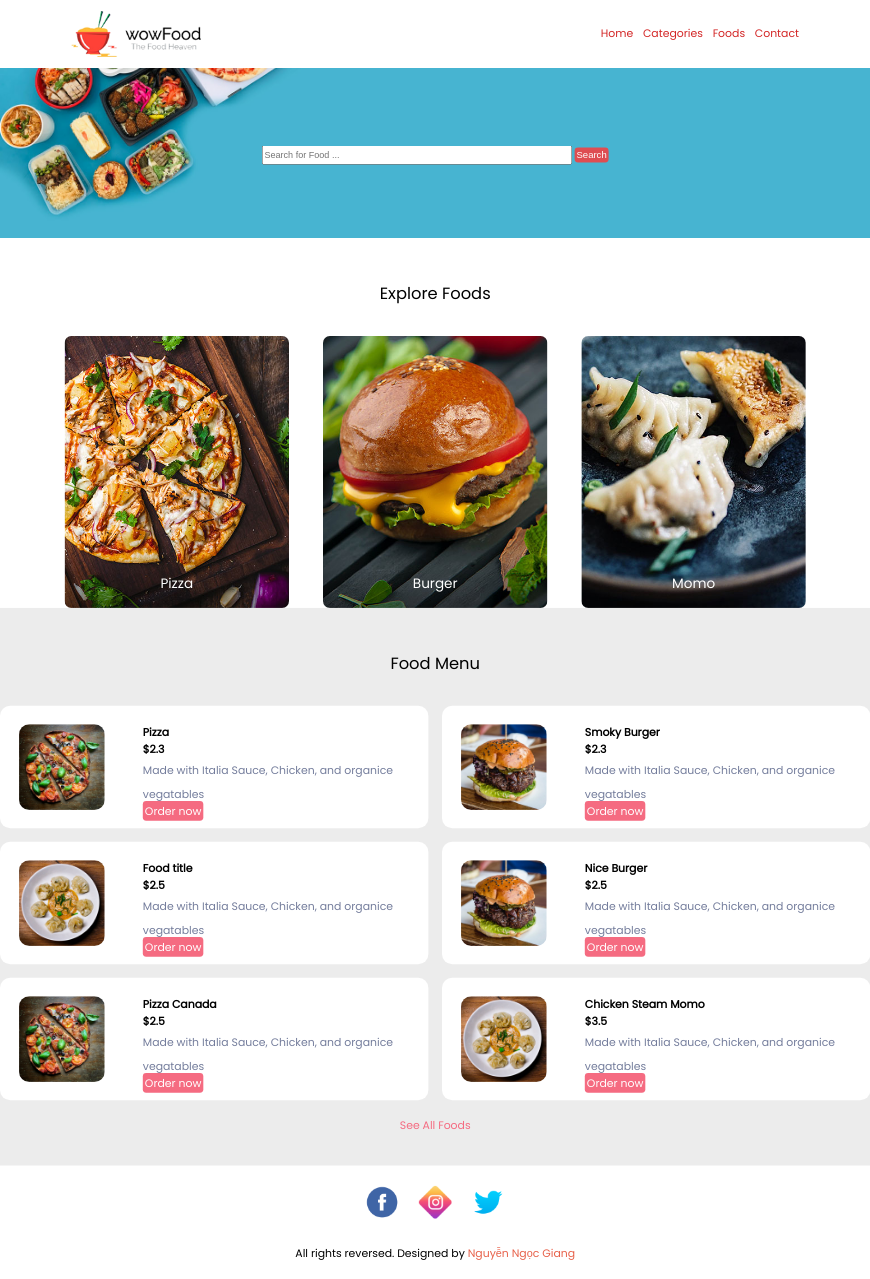
Repository: ruaruababa/WowFood
Page: index.html
These files come from the project's save history. The page is drawn as it stood at one moment and after a run of saves; the edit follows.
The browser window is 1280 px wide. The pictures show the whole page, at 68% of full size.

Above is the page before, as saved 2021-09-18 11:13:50.

### index.html
<!DOCTYPE html>
<html lang="en">

<head>
    <meta charset="UTF-8" />
    <meta http-equiv="X-UA-Compatible" content="IE=edge" />
    <meta name="viewport" content="width=device-width, initial-scale=1.0" />
    <title>Document</title>
    <link rel="stylesheet" href="./style.css" />
    <link rel="stylesheet" href="./reset.css" />
    <link rel="preconnect" href="https://fonts.googleapis.com" />
    <link rel="preconnect" href="https://fonts.gstatic.com" crossorigin />
    <link href="https://fonts.googleapis.com/css2?family=Poppins:wght@400&display=swap" rel="stylesheet" />
</head>

<body>
    <header>
        <div class="container-header">
            <div class="header-left">
                <img src="./img/logo.png" alt="" />
            </div>
            <div class="header-right">
                <ul class="nav">
                    <li class="item"><a href="">Home</a></li>
                    <li class="item"><a href="">Categories</a></li>
                    <li class="item"><a href="">Foods</a></li>
                    <li class="item"><a href="">Contact</a></li>
                </ul>
            </div>
        </div>
    </header>
    <nav>
        <div class="container-nav">
            <div class="background-search">
                <img src="./img/bg.jpg" alt="bgr-search" />
            </div>
            <div class="form">
                <input type="text" placeholder="Search for Food ..." class="input-search" />
                <!-- <button class="btn-search">Search</button> -->
                <input type="button" value="Search" class="btn-search" />
            </div>
        </div>
    </nav>
    <section>
        <div class="container-section">
            <div class="explore-food">Explore Foods</div>
            <div class="collection-food">
                <ul class="list-food">
                    <li class="item"><img src="./img/pizza.jpg" alt="" /><span>Pizza</span></li>
                    <li class="item"><img src="./img/burger.jpg" alt="" /><span>Burger</span></li>
                    <li class="item"><img src="./img/momo.jpg" alt="" /><span>Momo</span></li>
                </ul>
            </div>
        </div>
    </section>
    <article>
        <div class="container-article">
            <div class="title-food-menu">Food Menu</div>
            <div class="container-menu">
                <div class="container-item">
                    <img src="./img/menu-pizza.jpg" alt="" class="bgr-item" />
                    <div class="item-content">
                        <h6 class="title-item">Pizza</h6>
                        <span class="price-item">$2.3</span>
                        <p class="des-item">
                            Made with Italia Sauce, Chicken, and organice vegatables
                        </p>
                        <a href="" class="oder-item">Order now</a>
                    </div>
                </div>
                <div class="container-item">
                    <img src="./img/menu-burger.jpg" alt="" class="bgr-item" />
                    <div class="item-content">
                        <h6 class="title-item">Smoky Burger</h6>
                        <span class="price-item">$2.3</span>
                        <p class="des-item">
                            Made with Italia Sauce, Chicken, and organice vegatables
                        </p>
                        <a href="" class="oder-item">Order now</a>
                    </div>
                </div>
                <div class="container-item">
                    <img src="./img/menu-momo.jpg" alt="" class="bgr-item" />
                    <div class="item-content">
                        <h6 class="title-item">Food title</h6>
                        <span class="price-item">$2.5</span>
                        <p class="des-item">
                            Made with Italia Sauce, Chicken, and organice vegatables
                        </p>
                        <a href="" class="oder-item">Order now</a>
                    </div>
                </div>
                <div class="container-item">
                    <img src="./img/menu-burger.jpg" alt="" class="bgr-item" />
                    <div class="item-content">
                        <h6 class="title-item">Nice Burger</h6>
                        <span class="price-item">$2.5</span>
                        <p class="des-item">
                            Made with Italia Sauce, Chicken, and organice vegatables
                        </p>
                        <a href="" class="oder-item">Order now</a>
                    </div>
                </div>
                <div class="container-item">
                    <img src="./img/menu-pizza.jpg" alt="" class="bgr-item" />
                    <div class="item-content">
                        <h6 class="title-item">Pizza Canada</h6>
                        <span class="price-item">$2.5</span>
                        <p class="des-item">
                            Made with Italia Sauce, Chicken, and organice vegatables
                        </p>
                        <a href="" class="oder-item">Order now</a>
                    </div>
                </div>
                <div class="container-item">
                    <img src="./img/menu-momo.jpg" alt="" class="bgr-item" />
                    <div class="item-content">
                        <h6 class="title-item">Chicken Steam Momo</h6>
                        <span class="price-item">$3.5</span>
                        <p class="des-item">
                            Made with Italia Sauce, Chicken, and organice vegatables
                        </p>
                        <a href="" class="oder-item">Order now</a>
                    </div>
                </div>
            </div>
            <div class="footer-food-menu">
                <a href="#" class="see-all-foods">See All Foods</a>
            </div>
        </div>
    </article>
    <footer>
        <div class="container-footer">
            <div class="social-network-icon">
                <div class="icon-fb">
                    <a href="https://www.facebook.com/WowFoodPage"><img src="./img/facebook_icon-icons.com_59205.png"
                            alt="" /></a>
                </div>
                <div class="icon-insta">
                    <a href="https://www.instagram.com/wowfoodrus/"><img src="./img/intsa-icon.png" alt="" /></a>
                </div>
                <div class="icon-twitter">
                    <a href="https://twitter.com/WOWFoodPics"><img src="./img/twitter_socialnetwork_20007.png"
                            alt="" /></a>
                </div>
            </div>
            <div class="license">
                <p>
                    All rights reversed. Designed by <a href="">Nguyễn Ngọc Giang</a>
                </p>
            </div>
        </div>
    </footer>
</body>

</html>

### style.css
.container-header {
    display: flex;
    justify-content: space-between;
    align-items: center;
    margin-top: 15px;
}

.header-left {
    display: flex;
    margin-left: 100px;
}

.header-left img {}

.name-brand {
    margin-top: 50%;
}

.header-right {
    font-family: "Poppins", sans-serif;
    margin-right: 100px;
}

.nav {
    list-style: none;
}

.nav li {
    display: inline;
    padding-left: 10px;
    transition: .2s all;
    padding: 5px;
}

.nav li a {
    text-decoration: none;
    color: rgb(211, 38, 38);
}

.nav:hover .item {
    filter: blur(3px);
    opacity: .5;
    transform: scale(.98);
    box-shadow: none;
}

.nav:hover .item:hover {
    transform: scale(1);
    filter: blur(0px);
    opacity: 1;
    box-shadow: 0 8px 20px 0px rgba(0, 0, 0, 0.125);
    border-radius: 5px;
}


nav {
    position: relative;
    max-width: 100%;
    max-height: 100%;
    height: 250px;
}

.container-nav {
    text-align: center;
    margin-top: 15px;
}

.background-search {
    height: 250px;
}

.background-search img {
    height: inherit;
    width: 100%;
    object-fit: cover;
}

.form {
    width: 100%;
    position: absolute;
    top: 50%;
    left: 50%;
    transform: translate(-50%, -50%);
    height: 22px;
}

.input-search {
    width: 35%;
    height: inherit;
}

.btn-search {
    background-color: rgba(250, 59, 59, 0.849);
    border: none;
    border-radius: 5px;
    font-size: 14px;
    color: white;
    cursor: pointer;
    padding: 3px;
}

section {
    position: relative;
}

.explore-food {
    padding-top: 70px;
    text-align: center;
    font-size: 24px;
    font-family: "Poppins", sans-serif;
}

.list-food {
    margin-top: 50px;
    display: flex;
    justify-content: center;
    column-gap: 50px;
}

.list-food li {
    width: 330px;
    height: 400px;
    transition: .2s all;
}

.list-food li:hover {
    transform: scale(1.1);
}

.list-food li img {
    width: 100%;
    height: 100%;
    object-fit: cover;
    border-radius: 10px;
}

.list-food li span {
    font-family: "Poppins", sans-serif;
    display: block;
    font-size: 20px;
    text-align: center;
    color: #ffffff;
    margin-top: -50px;
}

article {
    background-color: #ececec;
}

.title-food-menu {
    padding-top: 70px;
    font-size: 24px;
    text-align: center;
    font-family: "Poppins", sans-serif;
}

.container-menu {
    padding-top: 50px;
    display: grid;
    grid-gap: 20px;
    grid-template-columns: repeat(auto-fit, minmax(550px, 1fr));
    grid-auto-rows: 180px;
    justify-items: center;
    font-family: "Poppins", sans-serif;
}

.container-item:nth-child(odd) {
    justify-self: end;
}

.container-item:nth-child(even) {
    justify-self: start;
}

.container-item {
    background-color: #ffffff;
    display: flex;
    align-items: center;
    border-radius: 15px;
}

.container-item img {
    width: 25%;
    height: 70%;
    object-fit: cover;
    border-radius: 15px;
    margin: 0 28px;
}

.container-item .item-content {
    width: 100%;
    height: 70%;
    object-fit: cover;
    border-radius: 15px;
    margin: 0 28px;
}

.item-content {
    display: inline-block;
}

.title-item {
    font-size: 16px;
    font-weight: bold;
    line-height: 25px;
}

.price-item {
    line-height: 25px;
    font-weight: bold;
}

.des-item {
    line-height: 35px;
    color: #747d9c;
}

.oder-item {
    text-decoration: none;
    background-color: #f56b81;
    color: white;
    border-radius: 5px;
    padding: 3px;
}

.footer-food-menu {
    margin-top: 30px;
}

.see-all-foods {
    display: block;
    text-align: center;
    text-decoration: none;
    color: #f56b81;
    padding-bottom: 50px;
    font-family: "Poppins", sans-serif;
}

.social-network-icon {
    display: flex;
    justify-content: center;
    margin-top: 30px;
}

.icon-insta {
    margin: 0 30px;
}

.license {
    margin-top: 40px;
    margin-bottom: 30px;
    font-family: "Poppins", sans-serif;
}

.license p {
    text-align: center;
}

.license p a {
    text-decoration: none;
    color: #e7614a;
}

Loaded but not shown: reset.css (common file)

After the next 3 saves:
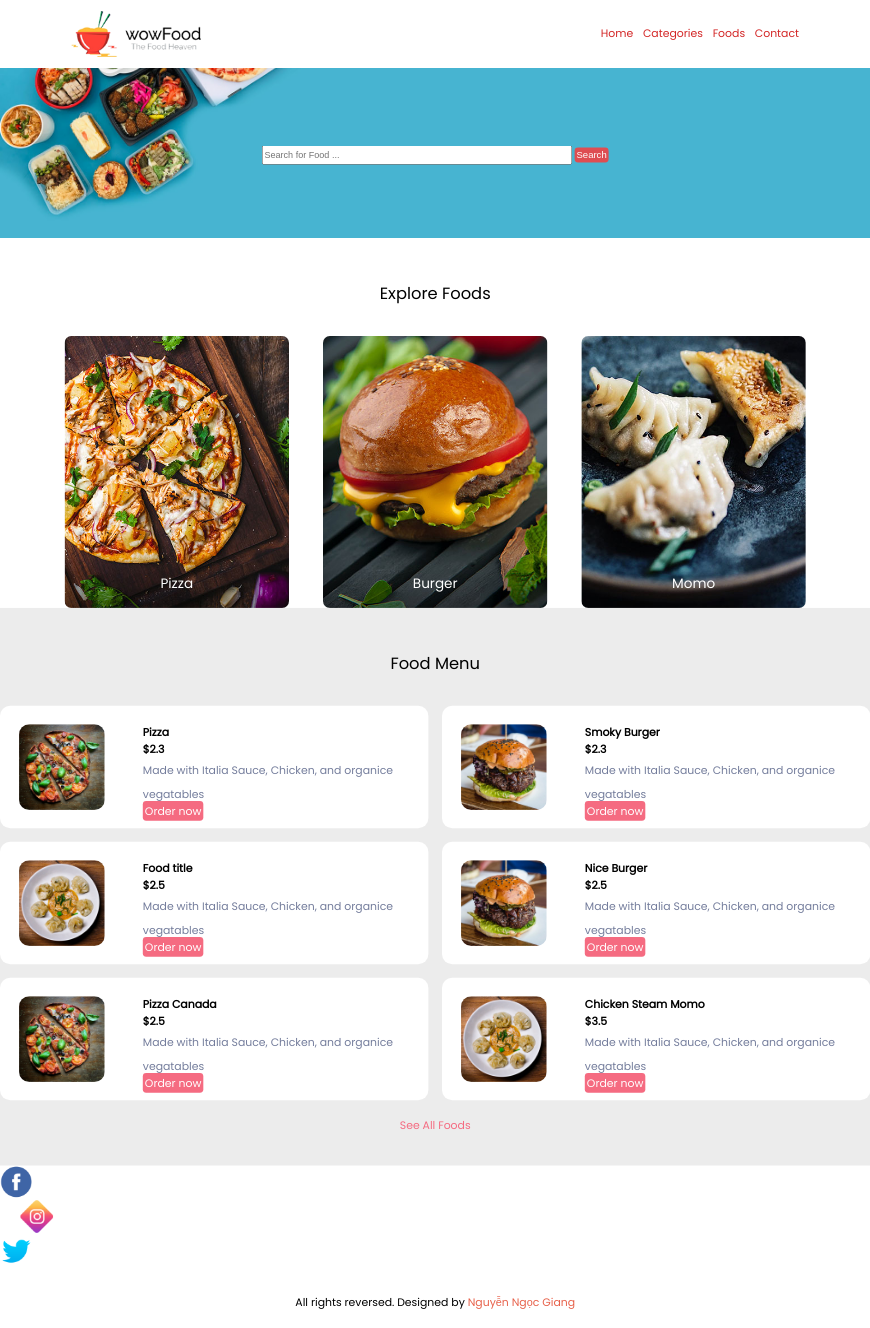
The 3 saves are shown as one change because they came seconds apart.
The last was saved 91 s later.
--- a/style.css
+++ b/style.css
@@ -234,7 +234,10 @@
     color: #f56b81;
     padding-bottom: 50px;
     font-family: "Poppins", sans-serif;
-}
+    transition: .2s all;
+}
+
+.see-all-foods
 
 .social-network-icon {
     display: flex;

After the 3 saves that followed:
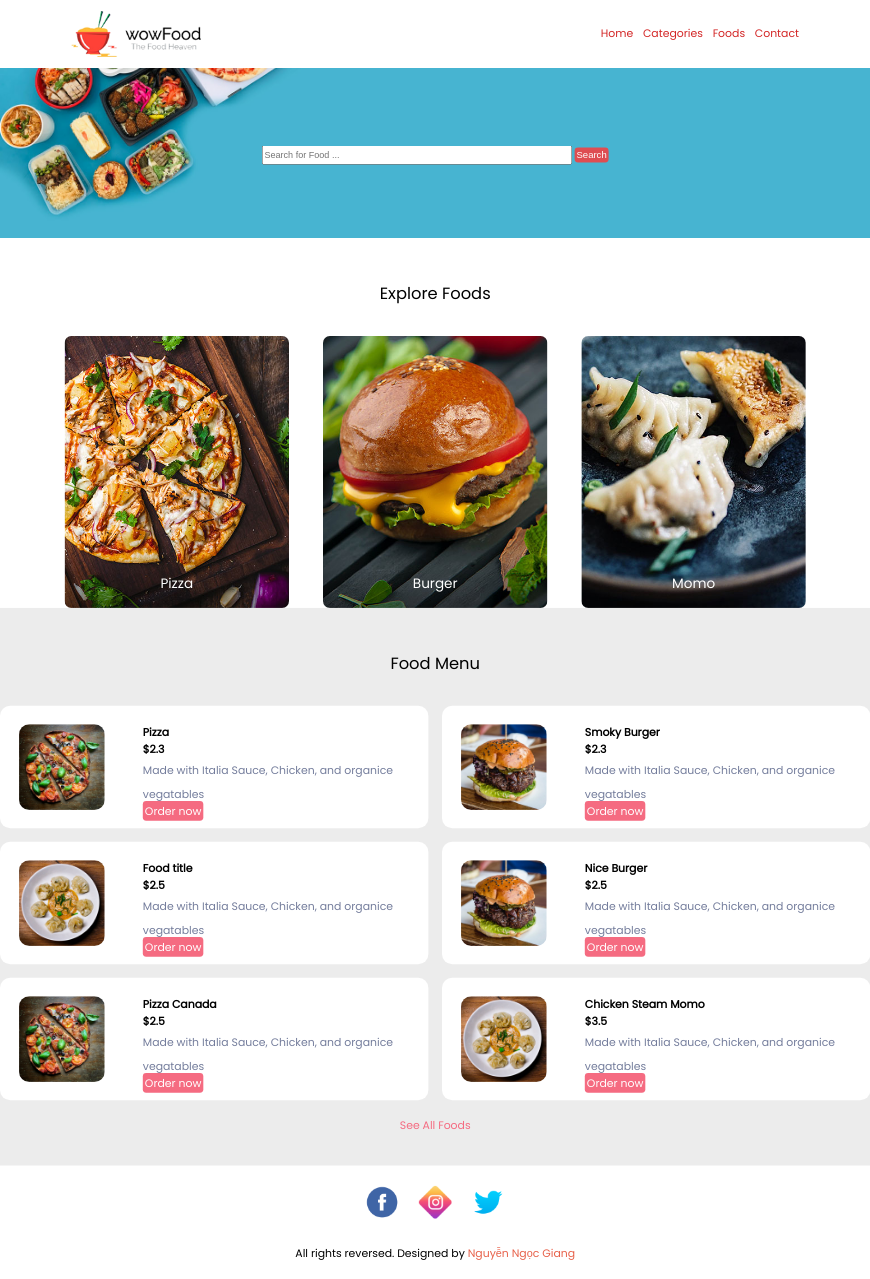
The 3 saves are shown as one change because 1 left the picture as it was and some came seconds apart.
The last was saved 17 s later.
--- a/style.css
+++ b/style.css
@@ -237,7 +237,9 @@
     transition: .2s all;
 }
 
-.see-all-foods
+.see-all-foods:hover{
+    text-decoration: ;
+}
 
 .social-network-icon {
     display: flex;
